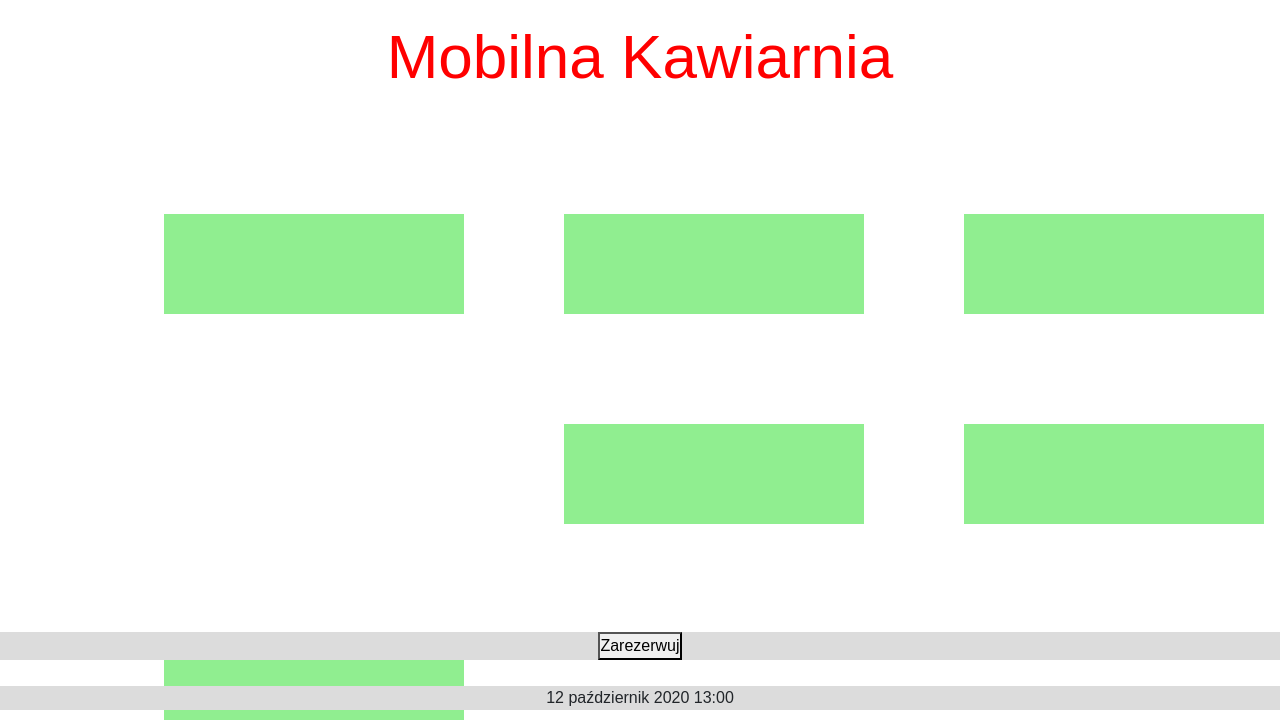
Repository: K009/MobilnaKawiarnia
Page: index.html
An editor plug-in stored every save of this project. The page is shown before and after the next save, followed by the edit.
The browser window is 1280 px wide. The pictures show the whole page.

Above is the page before, as saved 2020-12-23 17:06:22.

After the next save:
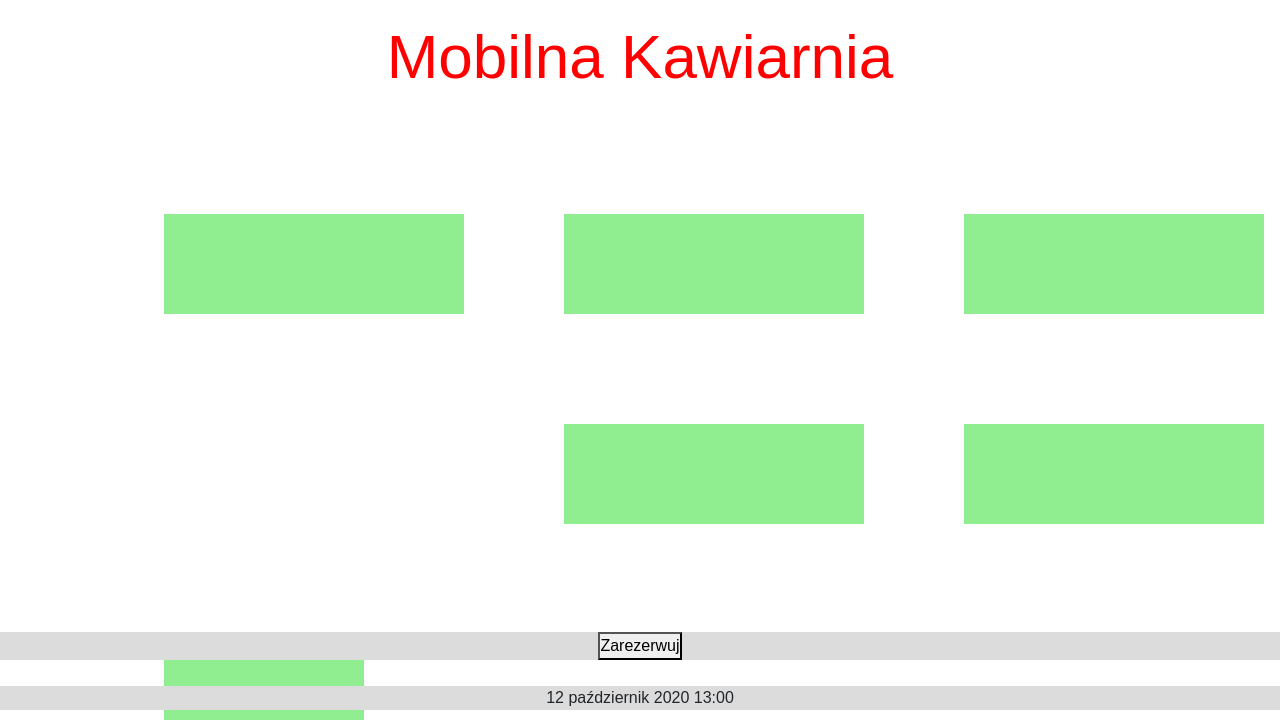
Saved 5 s later.
--- a/index.html
+++ b/index.html
@@ -45,7 +45,7 @@
             </div>
 
             <div class="tableUp">
-                <svg width="300" height="110">
+                <svg width="200" height="110">
                     <rect class ="table" width="300" height="100" />
                 </svg>
             </div>

After the 4 saves that followed:
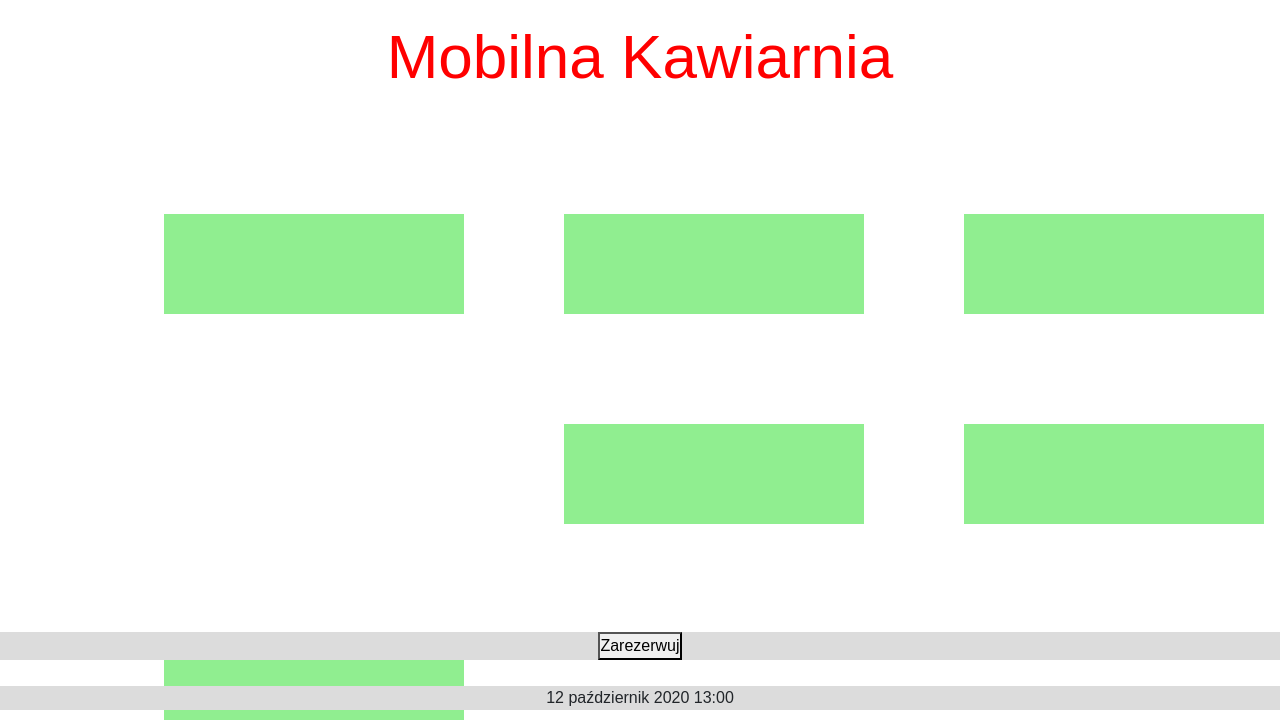
The 4 saves are shown as one change because they came seconds apart.
The last was saved 11 s later.
--- a/index.html
+++ b/index.html
@@ -45,7 +45,7 @@
             </div>
 
             <div class="tableUp">
-                <svg width="200" height="110">
+                <svg width="300" height="110">
                     <rect class ="table" width="300" height="100" />
                 </svg>
             </div>
